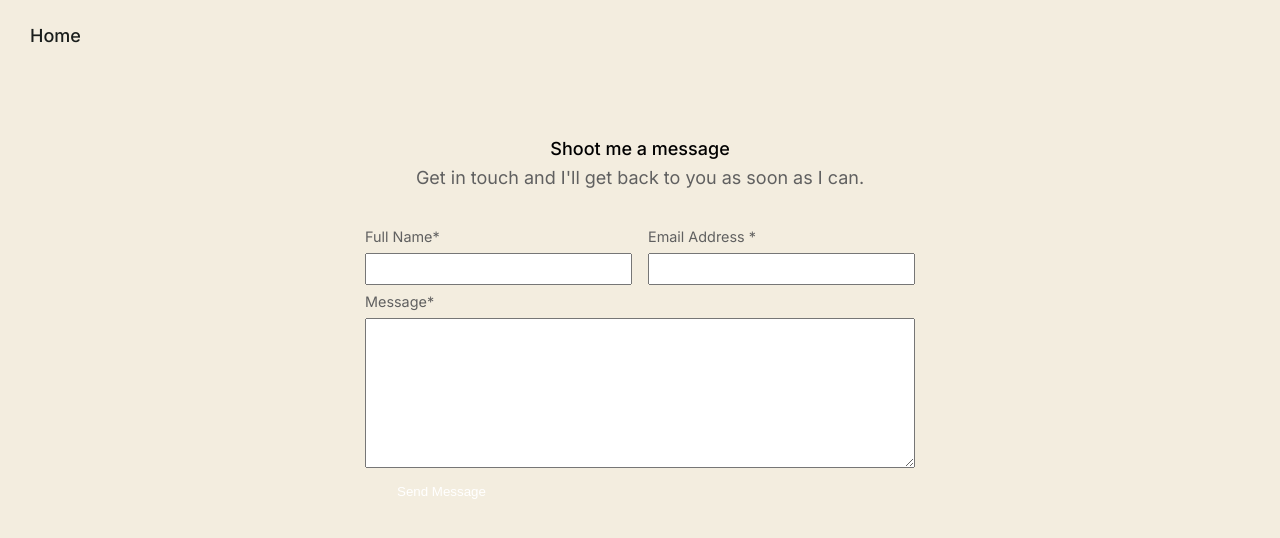
Repository: David-Waite/David-Waite-Portfolio
Page: /contact
The author's editor kept a copy of each file at every save. The page is drawn from the files as they stood at one save, then again after the next save.
The browser window is 1280 px wide. The pictures show the whole page.
The project was rebuilt for these pictures with package versions that can differ from the ones it lists, and the page was loaded fresh each time. The framework's server and built-in components were replaced by stand-ins that run in the browser. Also part of the build but not shown: next.config.js, app/components/Nav/NavButton/navButton.module.css, app/components/Nav/NavButton/NavButton.tsx.

Above is the page before, as saved 2023-07-26 20:04:29.

### app/layout.tsx
import "./globals.css";
import type { Metadata } from "next";
import { Inter } from "next/font/google";
import Link from "next/link";
import NavBar from "./components/Nav/NavBar/NavBar";

const inter = Inter({ subsets: ["latin"] });

export const metadata: Metadata = {
  title: "Create Next App",
  description: "Generated by create next app",
};

export default function RootLayout({
  children,
}: {
  children: React.ReactNode;
}) {
  return (
    <html lang="en">
      <body className={inter.className}>
        <NavBar />
        {children}
      </body>
    </html>
  );
}

### app/contact/page.tsx
import { Metadata, NextPage } from "next/types";
import { Contact } from "../components/Contact/contact";

export const metadata: Metadata = {
  title: "David Waite | Contact ",
};

const ContactPage: NextPage = () => {
  return <Contact />;
};

export default ContactPage;

### app/contact/send/route.ts
import mail from "@sendgrid/mail";
import { NextResponse } from "next/server";

// Create an api key in sendgrid and store someplace safe
mail.setApiKey(process.env.SENDGRID_API_KEY || "");

type ResponseData = {
  status?: string;
  message?: string;
};

export async function POST(request: Request) {
  let response: ResponseData = {};
  const body = await request.json();
  // I know the formData I sent in my request has name, email, and message fields so I'm just manually grabbing them to format a message
  const message = `
    Name: ${body.name}\r\n
    Email: ${body.email}\r\n
    Message: ${body.message}

  `;
  const data = {
    to: "davidwaite122@gmail.com",
    from: "davidwaiteportfolio@zohomail.com.au",
    subject: "Contact Message via Sendgrid",
    text: message,
    html: message.replace(/\r\n/g, "<br>"),
  };

  // Send the data and create a response object. I'm using status and message to display a success or fail notification in the UI
  await mail
    .send(data)
    .then(() => {
      response = {
        status: "success",
        message: "Your message was sent. I'll be in contact shortly.",
      };
    })
    .catch((error) => {
      response = {
        status: "error",
        message: `Message failed to send with error, ${error}`,
      };
    });

  return NextResponse.json(response);
}

### app/globals.css
:root {
  --primary: #255b48;
  --black: #191d1b;
  --background: #f3eddf;
  --white: #ffffff;
  --grey: #606060;
}

.paragraph {
  font-size: 18px;
  font-style: normal;
  font-weight: 400;
  line-height: 25.2px;
  color: var(--black);
}

body {
  background-color: var(--background);
}

* {
  padding: 0;
  margin: 0;
  box-sizing: border-box;
}

### app/components/Nav/NavBar/NavBar.tsx
"use client";
import NavButton from "../NavButton/NavButton";
import styles from "./navBar.module.css";
import { usePathname } from "next/navigation";

import Link from "next/link";

export default function NavBar() {
  const currentRoute = usePathname();

  return (
    <nav className={styles.container}>
      <Link href={`./${currentRoute === "/" ? "about" : "/"}`}>
        {currentRoute === "/" ? "About" : "Home"}
      </Link>

      {currentRoute !== "/contact" && <NavButton />}
    </nav>
  );
}

### app/components/Contact/contact.tsx
"use client";

import { FormEvent, useState } from "react";
import styles from "./contact.module.css";
import { useSearchParams } from "next/navigation";
export const Contact = () => {
  const [message, setMessage] = useState<string>("");
  const [status, setStatus] = useState<string>("");
  const [disabled, setDisabled] = useState<boolean>(false);
  const searchParams = useSearchParams();

  const onContactFormSubmit = async (e: FormEvent<HTMLFormElement>) => {
    e.preventDefault();
    const formData: { [key: string]: string } = {};
    const elements = e.currentTarget.elements as unknown as Array<
      HTMLInputElement | HTMLTextAreaElement | HTMLButtonElement
    >;

    Array.from(elements).forEach((field) => {
      if (!field.name) return;
      formData[field.name] = field.value;
    });

    await fetch("/contact/send", {
      method: "POST",
      body: JSON.stringify(formData),
    })
      .then((res) => res.json())
      .then((res) => {
        setMessage(res.message);
        setStatus(res.status);
        setDisabled(res.message.length > 0);
      });
  };

  return (
    <div className={styles.container}>
      <h1 className={styles.heading}>Shoot me a message</h1>
      <p className={styles.tagline}>
        Get in touch and I&apos;ll get back to you as soon as I can.
      </p>

      <form onSubmit={onContactFormSubmit}>
        {message.length > 0 ? (
          <div
            className={`paragraph ${styles.alert} ${
              status ? styles.alertSuccess : styles.alertError
            }`}
          >
            <span>{message}</span>
          </div>
        ) : null}
        <div className={styles.topForm}>
          <div className={styles.inputCon}>
            <label htmlFor="name">
              <span>Full Name*</span>
            </label>
            <input
              type="text"
              name="name"
              id="name"
              required
              disabled={disabled}
            />
          </div>
          <div className={styles.inputCon}>
            <label htmlFor="email">
              <span>Email Address *</span>
            </label>
            <input
              type="email"
              name="email"
              id="email"
              required
              disabled={disabled}
            />
          </div>
        </div>

        <div className={`${styles.message} ${styles.inputCon}`}>
          <label htmlFor="message">
            <span>Message*</span>
          </label>
          <textarea
            rows={3}
            name="message"
            id="message"
            required
            disabled={disabled}
          ></textarea>
        </div>

        <button type="submit" className={styles.button} disabled={disabled}>
          Send Message
        </button>
      </form>
    </div>
  );
};

### app/components/Nav/NavBar/navBar.module.css
.container {
  display: flex;
  align-items: center;
  justify-content: space-between;
  height: 70px;
  padding: 0 30px;
}

.container a {
  color: var(--black);
  cursor: pointer;
  text-decoration: none;
  font-size: 18px;
  font-weight: 500;
}

### app/components/Contact/contact.module.css
.container {
  min-height: calc(100vh - 216px);
  display: flex;
  flex-direction: column;
  align-items: center;
  justify-content: center;
}

.container h1 {
  color: var(--back);
  font-weight: 500;
  font-size: 18px;
  margin-bottom: 8px;
}

.container p {
  text-align: center;
  margin-bottom: 40px;
  font-weight: 400;
  color: var(--grey);
  font-size: 18px;
}

.container form {
  display: flex;
  flex-direction: column;
  gap: 8px;
  position: relative;
}

.topForm {
  display: grid;
  grid-template-columns: 1fr 1fr;
  gap: 16px;
}

.inputCon {
  display: flex;
  flex-direction: column;
  gap: 8px;
}

.message textarea {
  height: 150px;
  width: 550px;
  font-size: 16px;
  padding: 8px;
}
.inputCon label {
  color: var(--grey);
  font-size: 14.4px;
}
.inputCon input {
  font-size: 16px;
  padding-left: 8px;
  height: 32px;
}

.inputCon select {
  height: 36px;
  font-size: 16px;
}

.container form button {
  border-radius: 3px;
  background: var(--BrandGradient);
  padding: 8px 32px;
  margin-right: auto;
  text-align: center;
  border: none;
  color: white;
  cursor: pointer;
}

.container form button:hover {
  background: linear-gradient(90deg, #a020c0 0%, #4417c9 100%);
}
.container form button p {
  margin-bottom: 0;
}

.alert {
  position: absolute;
  top: -33px;
  left: 0px;
  color: var(--white);
  font-size: 16px;
  text-align: center;

  width: 100%;
  border-radius: 3px;
}

.alertSuccess {
  background-color: green;
}

.alertError {
  background-color: red;
}

@media (max-width: 600px) {
  .container {
    padding: 10px;
  }
  .topForm {
    grid-template-columns: 1fr;
    gap: 8px;
  }
  .message textarea {
    width: calc(100vw - 38px);
  }
  .container form {
    width: 100%;
  }
}

After the next save:
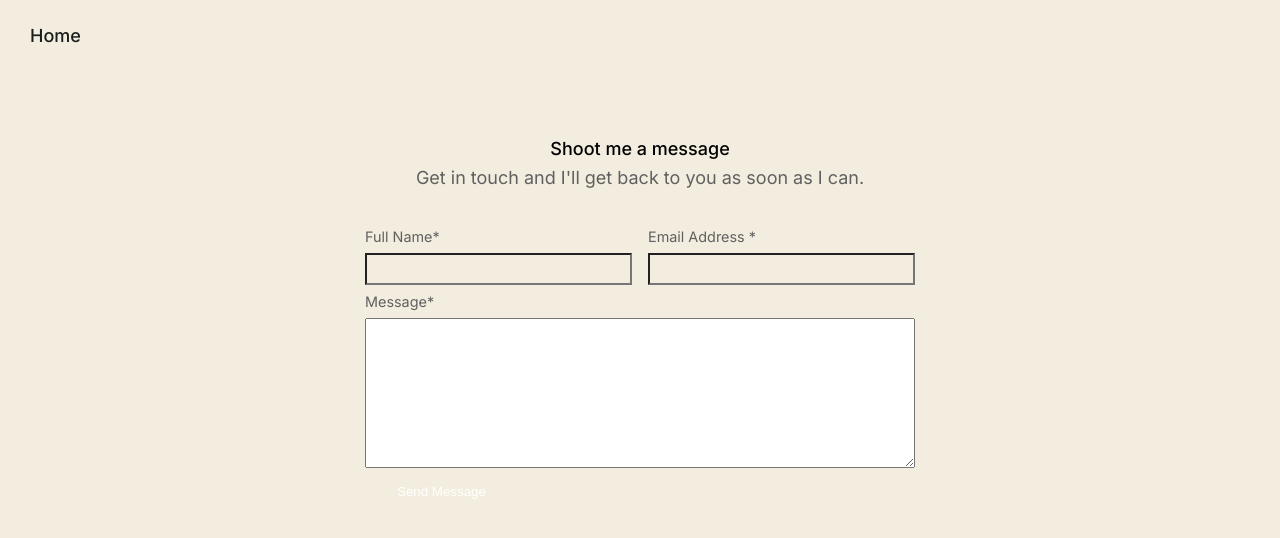
Saved 19 s later.
--- a/app/components/Contact/contact.module.css
+++ b/app/components/Contact/contact.module.css
@@ -50,7 +50,9 @@
   color: var(--grey);
   font-size: 14.4px;
 }
+
 .inputCon input {
+  background-color: var(--background);
   font-size: 16px;
   padding-left: 8px;
   height: 32px;
